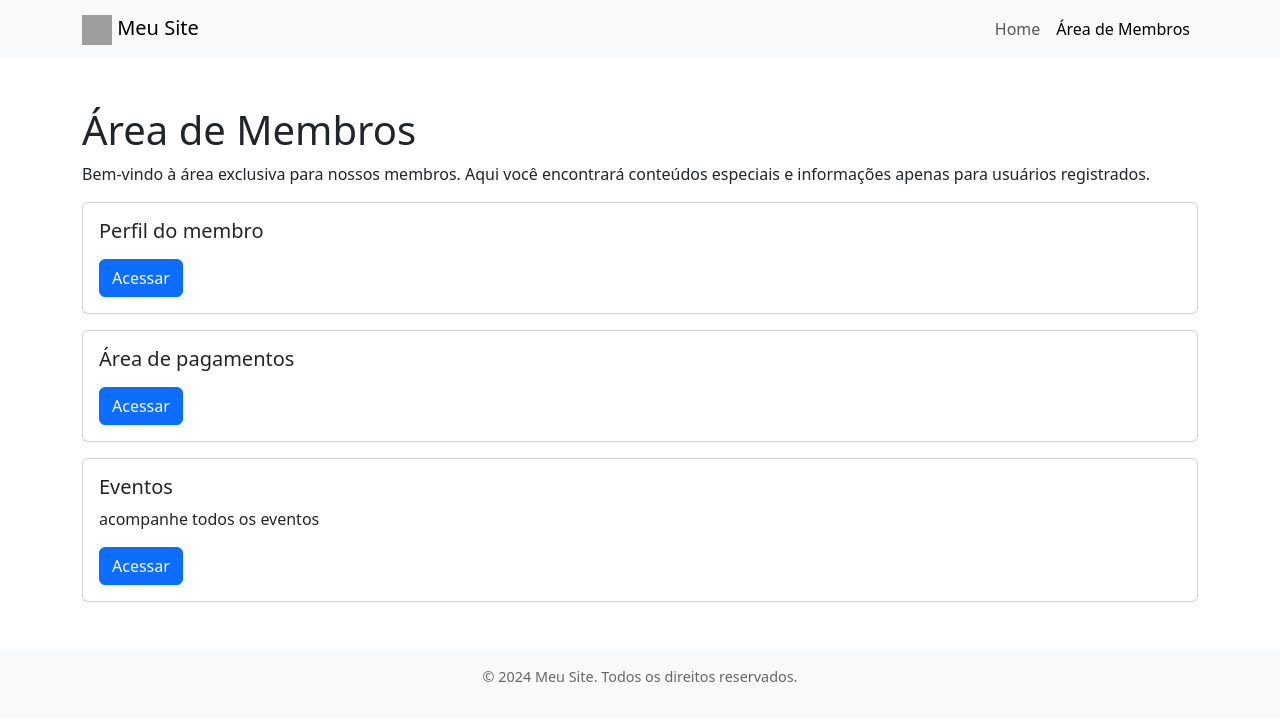
Repository: br-on/projeto-escolinhav3
Page: http://localhost/membros
An editor plug-in stored every save of this project. The page is shown before and after the next save, followed by the edit.
The browser window is 1280 px wide. The pictures show the whole page.
Pictures or frames that could not be fetched are drawn as grey boxes. The page is served by the project's application, run on Flask 3 (main.py).

Above is the page before, as saved 2024-11-15 10:19:01.

### templates/membros.html
<!DOCTYPE html>
<html lang="pt-br">
<head>
    <meta charset="UTF-8">
    <meta name="viewport" content="width=device-width, initial-scale=1.0">
    <title>Área de Membros - Meu Site</title>
    <link href="https://cdn.jsdelivr.net/npm/bootstrap@5.3.0/dist/css/bootstrap.min.css" rel="stylesheet">
    <!-- Link para o CSS personalizado com url_for -->
    <link rel="stylesheet" href="{{ url_for('static', filename='css/style.css') }}">
</head>
<body>

    <!-- Navbar -->
    <nav class="navbar navbar-expand-lg navbar-light bg-light">
        <div class="container">
            <a class="navbar-brand" href="{{ url_for('views.index') }}">
                <!-- Link para o logo com url_for -->
                <img src="{{ url_for('static', filename='img/logo.png') }}" alt="Logo" width="30" height="30">
                Meu Site
            </a>
            <button class="navbar-toggler" type="button" data-bs-toggle="collapse" data-bs-target="#navbarNav">
                <span class="navbar-toggler-icon"></span>
            </button>
            <div class="collapse navbar-collapse" id="navbarNav">
                <ul class="navbar-nav ms-auto">
                    <li class="nav-item"><a class="nav-link" href="{{ url_for('views.index') }}">Home</a></li>
                    <li class="nav-item"><a class="nav-link active" href="{{ url_for('views.membros') }}">Área de Membros</a></li>
                </ul>
            </div>
        </div>
    </nav>

    <!-- Conteúdo da Área de Membros -->
    <main class="container my-5">
        <h1>Área de Membros</h1>
        <p>Bem-vindo à área exclusiva para nossos membros. Aqui você encontrará conteúdos especiais e informações apenas para usuários registrados.</p>

        <div class="card my-3">
            <div class="card-body">
                <h5 class="card-title">Perfil do membro</h5>
                <p class="card-text"></p>
                <a href="#" class="btn btn-primary">Acessar</a>
            </div>
        </div>
        <div class="card my-3">
            <div class="card-body">
                <h5 class="card-title">Área de pagamentos</h5>
                <p class="card-text"></p>
                <a href="#" class="btn btn-primary">Acessar</a>
            </div>
        </div>
        <div class="card my-3">
            <div class="card-body">
                <h5 class="card-title">Eventos</h5>
                <p class="card-text">acompanhe todos os eventos</p>
                <a href="#" class="btn btn-primary">Acessar</a>
            </div>
        </div>
    </main>

    <!-- Footer -->
    <footer class="bg-light text-center py-3">
        <p>&copy; 2024 Meu Site. Todos os direitos reservados.</p>
    </footer>

    <script src="https://cdn.jsdelivr.net/npm/bootstrap@5.3.0/dist/js/bootstrap.bundle.min.js"></script>
</body>
</html>

### views.py
# views.py
from flask import Blueprint, render_template

# Cria um Blueprint para as views
views = Blueprint('views', __name__)

@views.route('/')
def index():
    return render_template('index.html')

@views.route('/membros')
def membros():
    return render_template('membros.html')

@views.route('/pagamentos')
def pagamentos():
    return render_template('pagamentos.html')

### main.py
# app.py
from flask import Flask
from views import views  # Importa o Blueprint

app = Flask(__name__)

# Registra o Blueprint das views
app.register_blueprint(views)

if __name__ == '__main__':
    app.run(debug=True)

### static/css/style.css
/* Estilos customizados */


header {
    background-image: url('../img/banner.jpg');
    background-size: cover;
    color: white;
}

footer {
    font-size: 0.9em;
    color: #666;
}

.bg-primary {
    background-color: #18133c !important; /* Cor de fundo substituída */
}

.text-white {
    color: #d8561f !important; /* Cor de texto substituída */
}

.topo-img{
    display: flex;
    width: 100%;
    justify-content: center;
    padding: 5px;
}

After the next save:
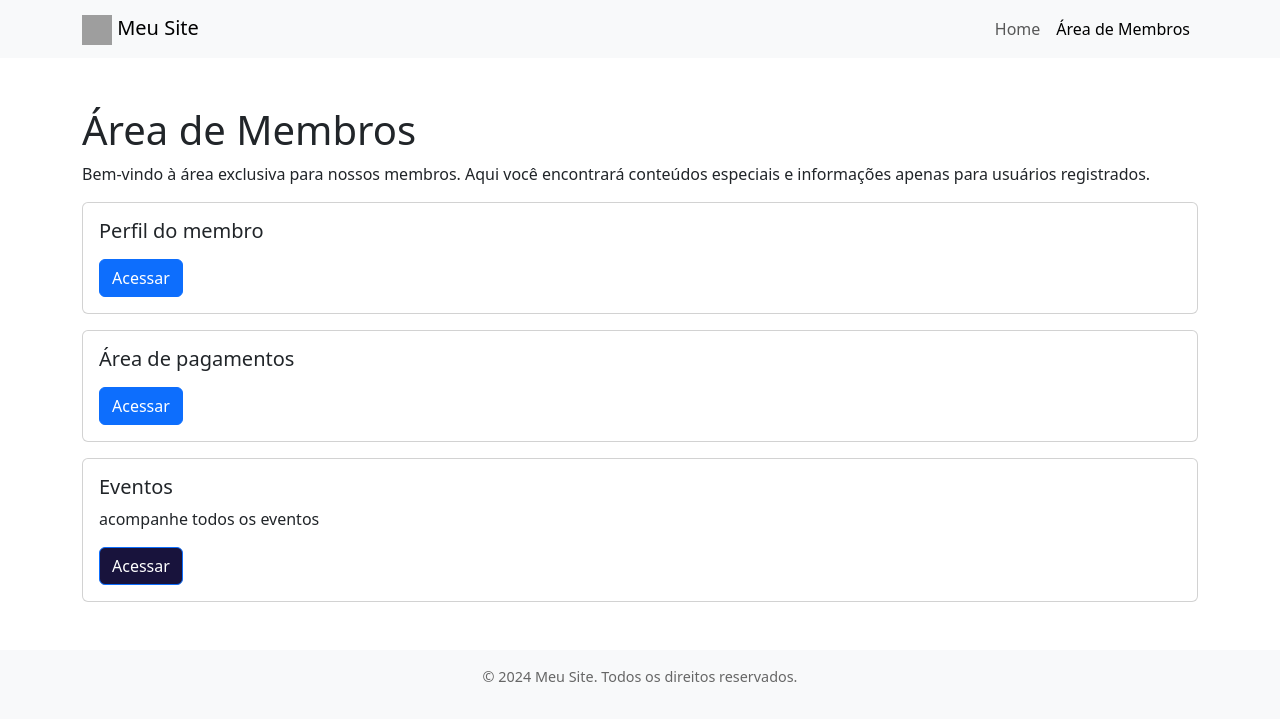
Saved 85 s later.
--- a/templates/membros.html
+++ b/templates/membros.html
@@ -53,7 +53,7 @@
             <div class="card-body">
                 <h5 class="card-title">Eventos</h5>
                 <p class="card-text">acompanhe todos os eventos</p>
-                <a href="#" class="btn btn-primary">Acessar</a>
+                <a href="#" class="btn btn-primary bg-primary">Acessar</a>
             </div>
         </div>
     </main>
